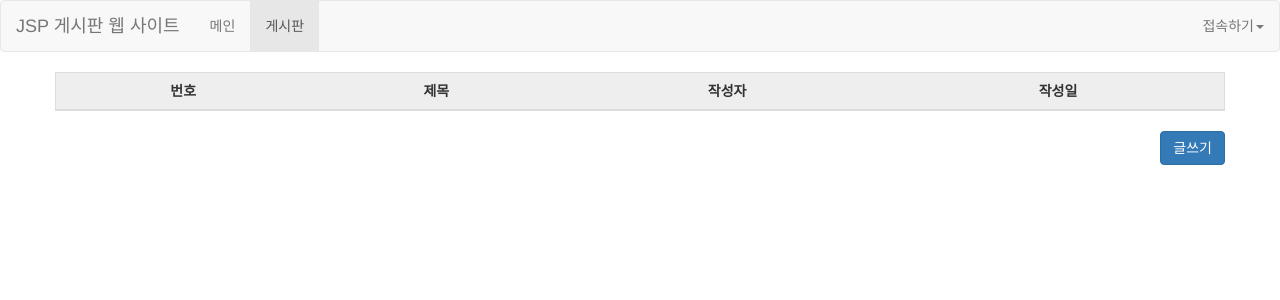
Repository: kingkingburger/webproject
Page: http://localhost/BBS/bbs.jsp
These files come from the project's save history. The page is drawn as it stood at one moment and after a run of saves; the edit follows.
The browser window is 1280 px wide. The pictures show the whole page.
Some web libraries are served in a nearby version. The page is served by Tomcat 9. Queries for data that is not in the repository find no rows.

Above is the page before, as saved 2020-11-23 11:19:41.

After the next 2 saves:
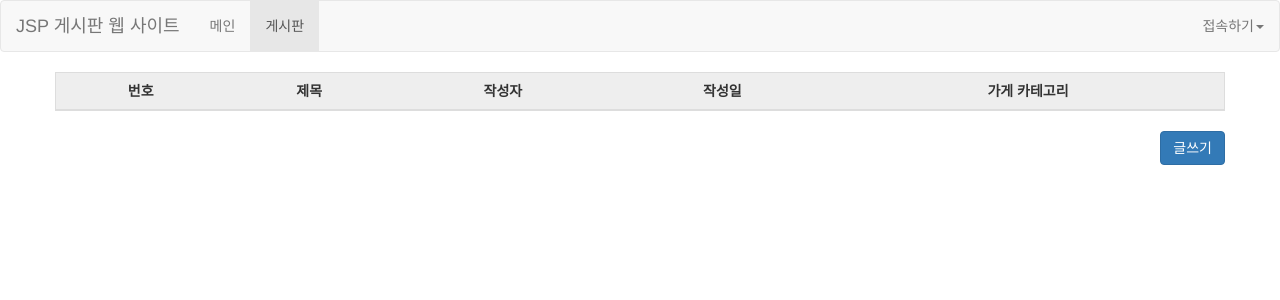
The 2 saves are shown as one change because they came seconds apart.
The last was saved 3 min 43 s later.
--- a/BBS/WebContent/bbs.jsp
+++ b/BBS/WebContent/bbs.jsp
@@ -92,6 +92,7 @@
                         <th style="background-color:#eeeeee; text-align:center;">제목</th>
                         <th style="background-color:#eeeeee; text-align:center;">작성자</th>
                         <th style="background-color:#eeeeee; text-align:center;">작성일</th>
+                        <th style="background-color:#eeeeee; text-align:center;">가게 카테고리</th>
                     </tr>
                 </thead>
                 <tbody>
@@ -108,6 +109,7 @@
                         <td><%=list.get(i).getUserID() %></td>
                         <td><%=list.get(i).getBbsDate().substring(0,11) + list.get(i).getBbsDate().substring(11, 13) + "시"
                         + list.get(i).getBbsDate().substring(14,16) + "분" %></td>
+                        <td><%=list.get(i).getBbscategory() %></td>
                     </tr>
                 <%
                     }
